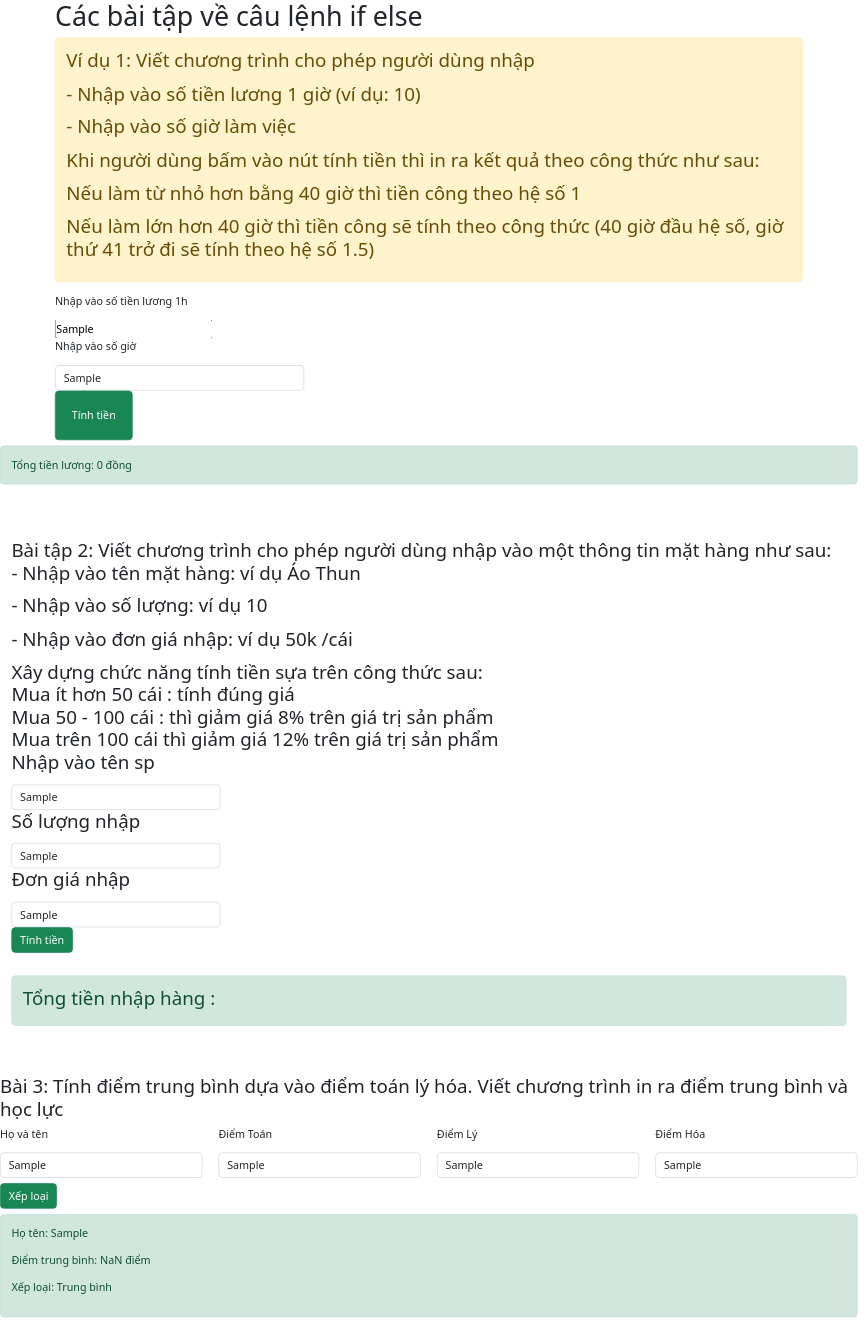
Repository: hcozyph/cyberSoft_JS_fulldocs
Page: JS_4/index.html
An editor plug-in stored every save of this project. The page is shown before and after the next save, followed by the edit.
The browser window is 1280 px wide. The page is 1292 px wide, so the pictures cover 1292 px, including what lies to the right of the window. The pictures show the whole page, at 67% of full size.
Empty fields were first filled with sample values (such as "Sample", 5 or name@example.com).
After loading, the first visible `#btnXepLoai` was clicked once.

Above is the page before, as saved 2023-02-05 09:33:18.

After the next save:
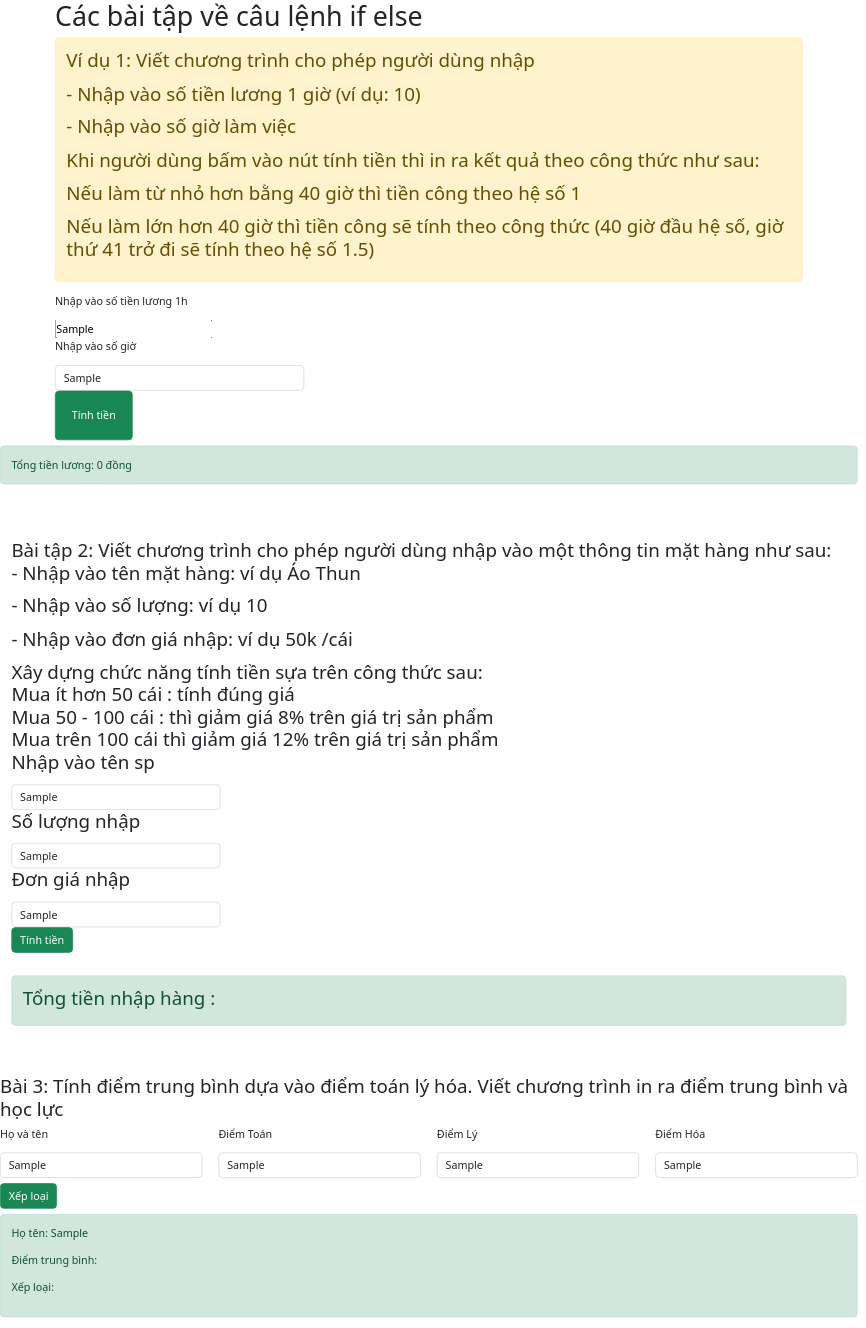
Console error: ReferenceError: num is not defined
Saved 2 min 8 s later.
--- a/JS_4/JS/index.js
+++ b/JS_4/JS/index.js
@@ -150,6 +150,7 @@
     document.getElementById('out-put-ho-ten').innerHTML = hoVaTen;
 
     diemTrungBinh = ( diemToan + diemLy + diemHoa ) / 3;
+    diemTrungBinh = num.toFixed(2);
 
     console.log(diemTrungBinh);
     document.getElementById('out-put-diem-trung-binh').innerHTML = diemTrungBinh + " điểm" ;

After the save that followed:
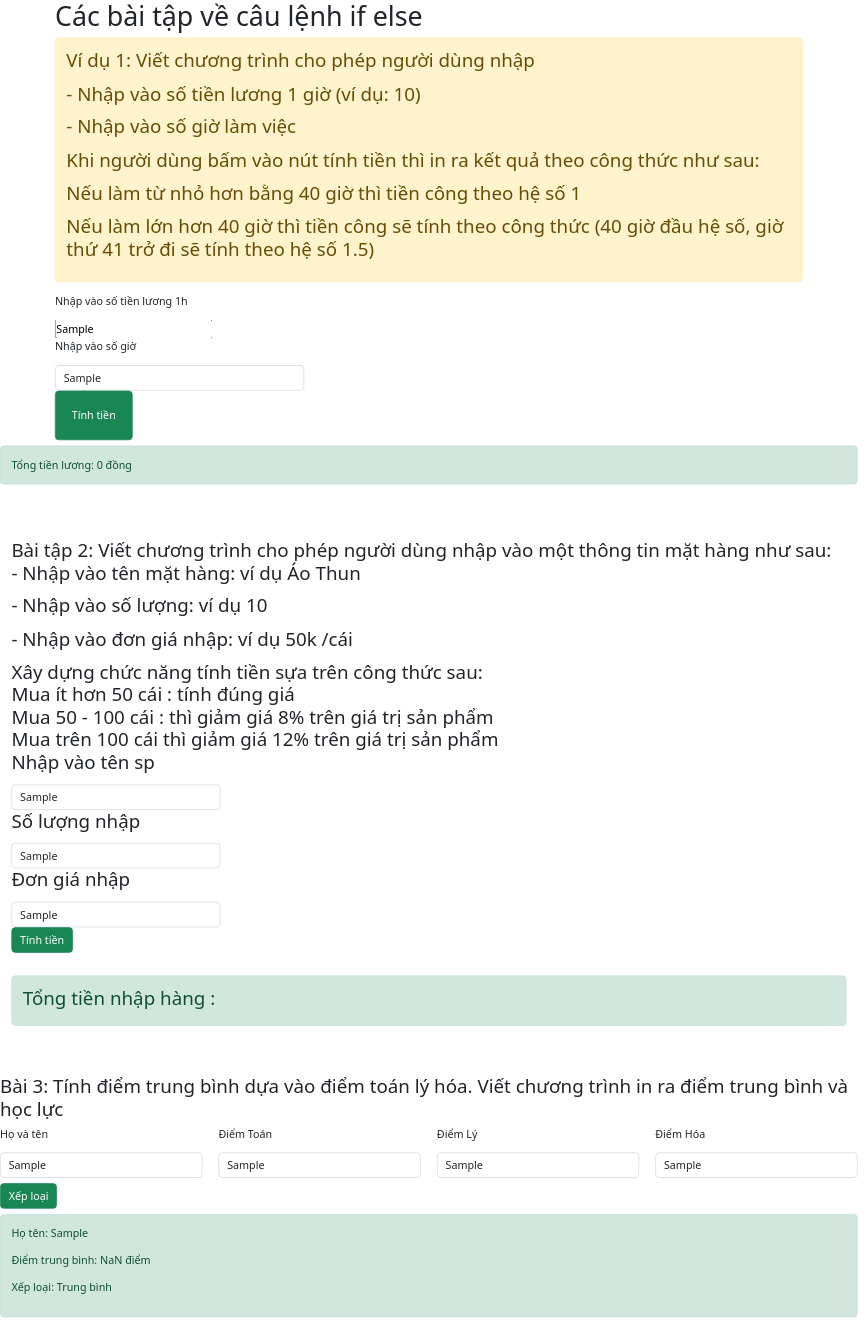
The error is gone.
Saved 38 s later.
--- a/JS_4/JS/index.js
+++ b/JS_4/JS/index.js
@@ -150,7 +150,7 @@
     document.getElementById('out-put-ho-ten').innerHTML = hoVaTen;
 
     diemTrungBinh = ( diemToan + diemLy + diemHoa ) / 3;
-    diemTrungBinh = num.toFixed(2);
+    // diemTrungBinh = num.toFixed(2);
 
     console.log(diemTrungBinh);
     document.getElementById('out-put-diem-trung-binh').innerHTML = diemTrungBinh + " điểm" ;
